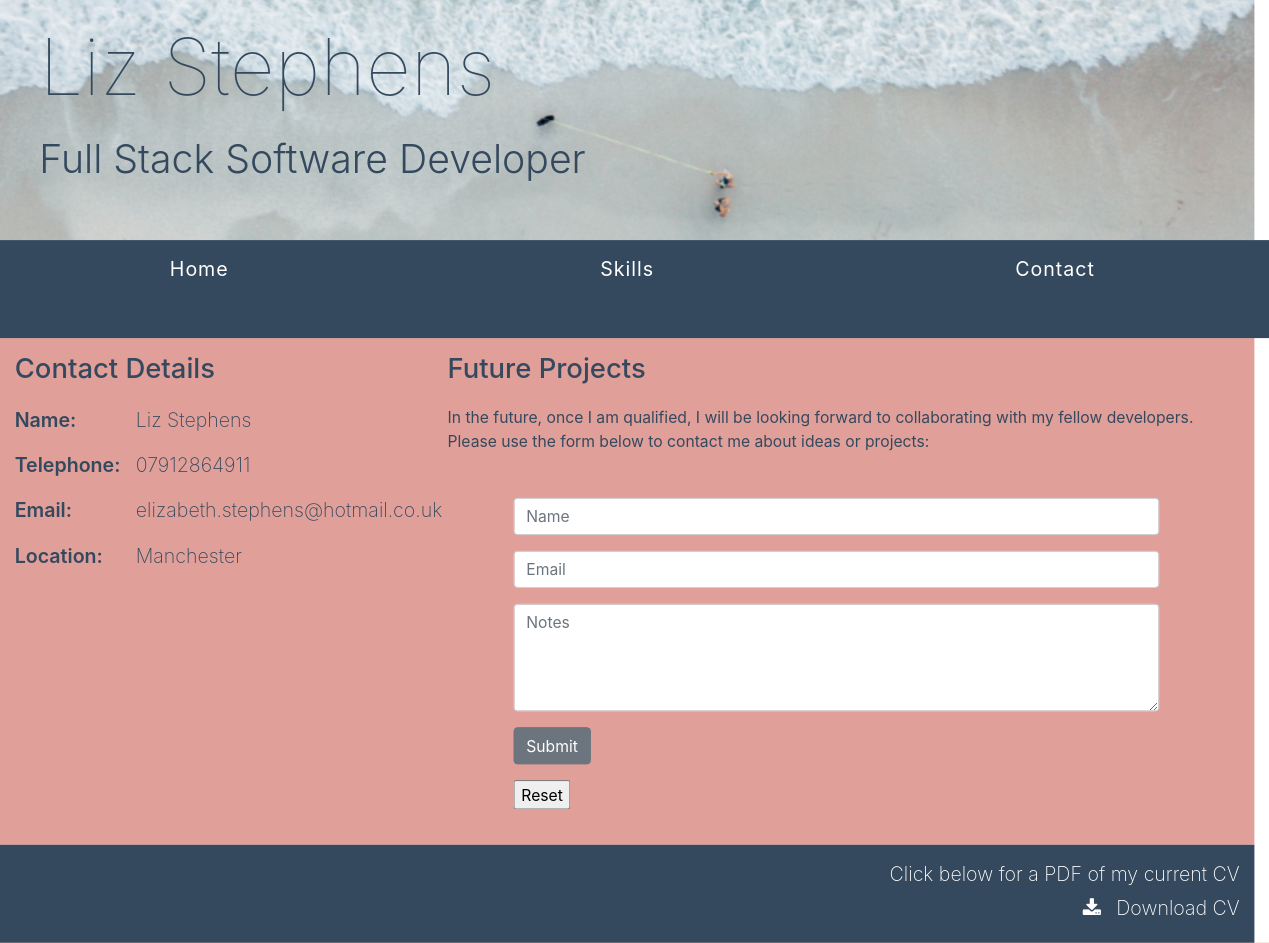
Repository: Liz94688/portfolio-site
Page: contact.html
The author's editor kept a record of every edit. The page is drawn from the files as they stood at one moment, then again after the next edit.
The browser window is 1280 px wide. The page is 1295 px wide, so the pictures cover 1295 px, including what lies to the right of the window. The pictures show the whole page, at 98% of full size.

Above is the page before.

After the next edit:
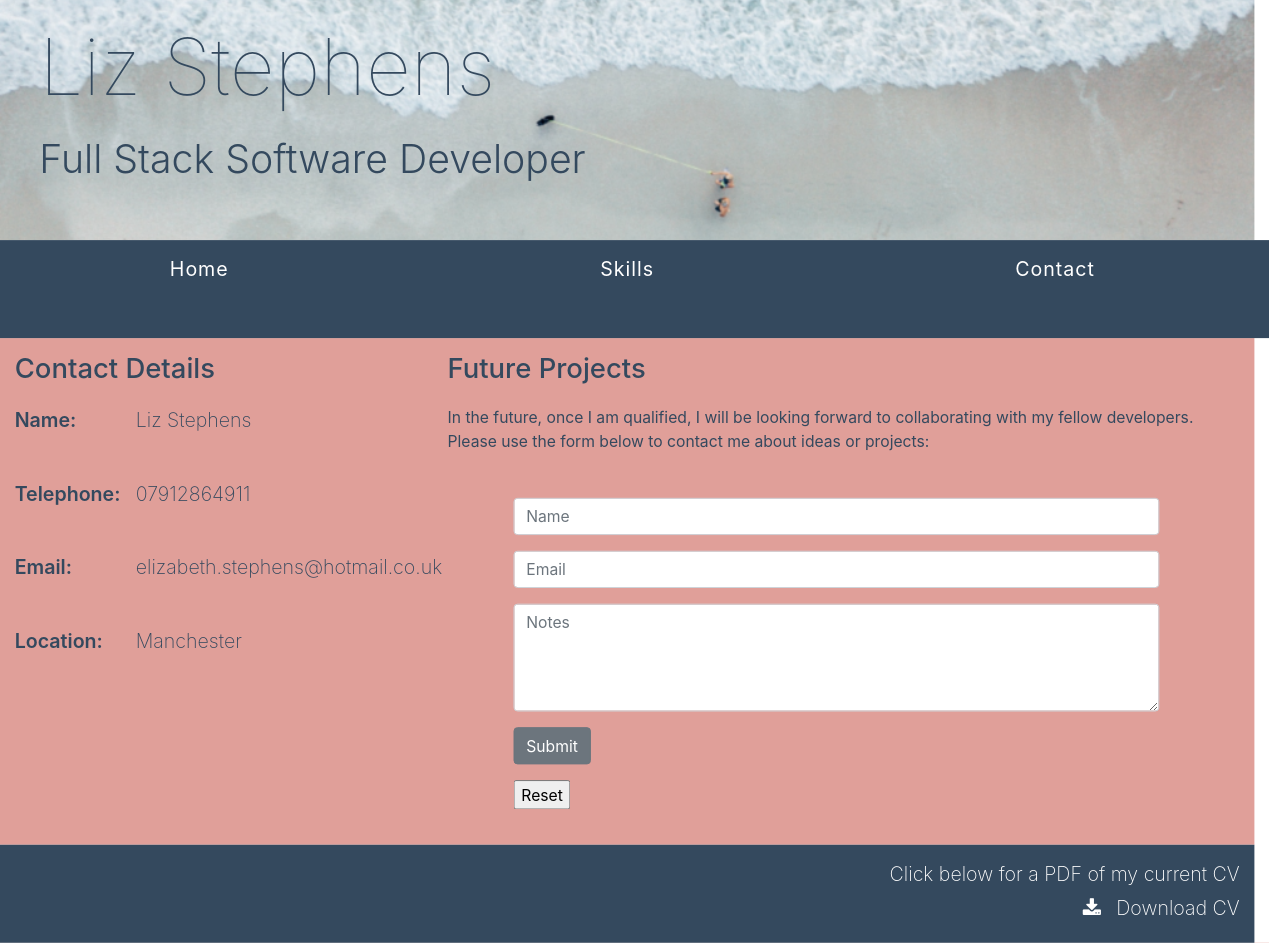
The edit:
--- a/assets/css/style.css
+++ b/assets/css/style.css
@@ -256,7 +256,7 @@
 .contact-details-itemised .value {
     display: inline-block;
     padding-right: 10px;
-    margin-bottom: 16px;
+    margin-bottom: 45px;
 }
 
 .contact-details-itemised .key p,
